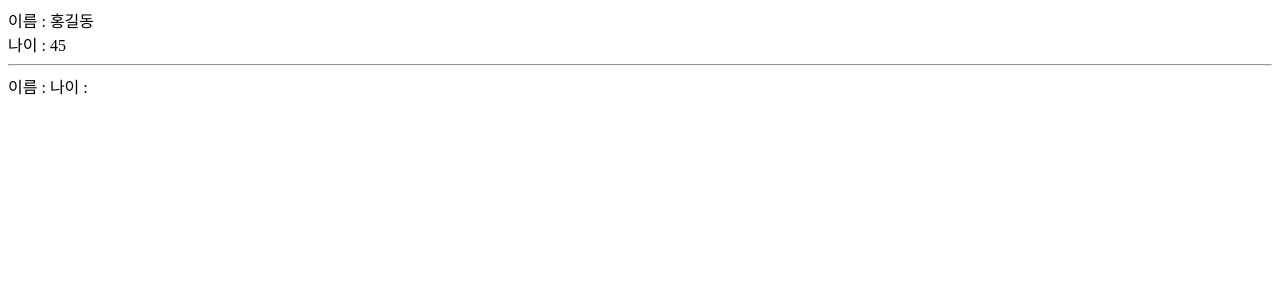
Repository: dhalfks/jsp_230602
Page: http://localhost/jstl_study/step9.jsp
The author's editor kept a copy of each file at every save. The page is drawn from the files as they stood at one save, then again after the next save.
The browser window is 1280 px wide. The pictures show the whole page.
The page is served by Tomcat 9. Other server files are loaded and not shown.

Above is the page before, as saved 2023-05-10 05:38:14.

### jstl_project/jstl_study/src/main/webapp/step9.jsp
<%@ page language="java" contentType="text/html; charset=UTF-8"
    pageEncoding="UTF-8"%>
<%@ taglib prefix="c" uri="http://java.sun.com/jsp/jstl/core" %>
<%@ page import="model.PersonVO" %>
<!DOCTYPE html>
<html>
<head>
<meta charset="UTF-8">
<title>Insert title here</title>
</head>
<body>
	<!-- c:set var="변수" value="지정 값" -->

	<%
		PersonVO p = new PersonVO("홍길동", 45);
		request.setAttribute("pvo", p);
	%>

	<%-- 스크립틀릿으로 확인하는 방법 --%>
		이름 : <%=p.getName() %><br>
		나이 : <%=p.getAge() %>

	<hr>

	<%-- EL 방식으로 확인하는 방법 --%>
		이름 :
		나이 :

</body>
</html>

### jstl_project/jstl_study/src/main/java/model/PersonVO.java
package model;

public class PersonVO {

	private String name;
	private int age;

	public PersonVO() {}
	public PersonVO(String name, int age) {
		this.name = name;
		this.age = age;
	}
	public String getName() {
		return name;
	}
	public void setName(String name) {
		this.name = name;
	}
	public int getAge() {
		return age;
	}
	public void setAge(int age) {
		this.age = age;
	}

}

After the next save:
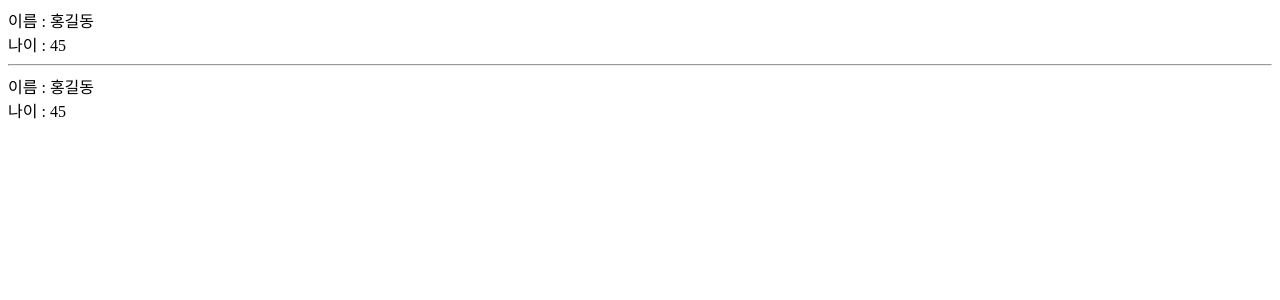
Saved 62 s later.
--- a/jstl_project/jstl_study/src/main/webapp/step9.jsp
+++ b/jstl_project/jstl_study/src/main/webapp/step9.jsp
@@ -23,8 +23,8 @@
 	<hr>
 
 	<%-- EL 방식으로 확인하는 방법 --%>
-		이름 :
-		나이 :
+		이름 : ${pvo.name }<br>
+		나이 : ${pvo.age }<br>
 
 </body>
 </html>
